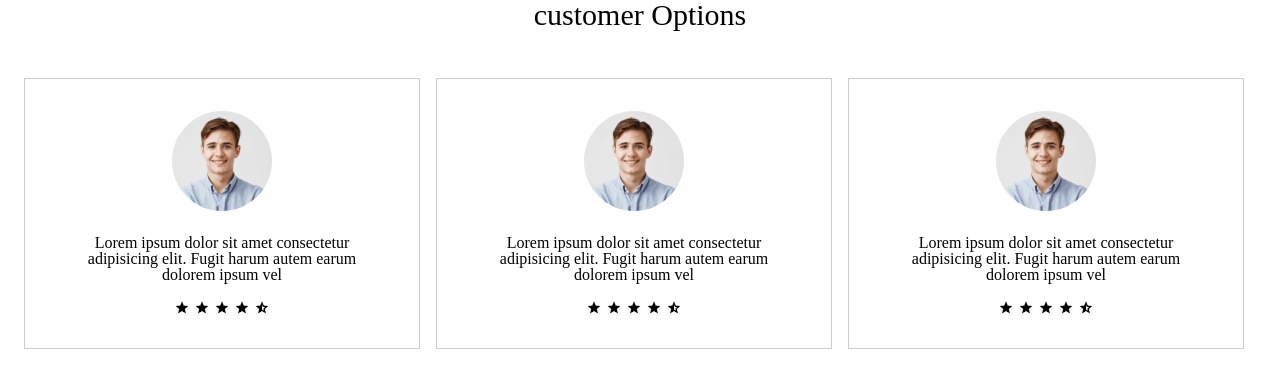
Repository: dinhhaidh/slider-3
Page: index.html
These files come from the project's save history. The page is drawn as it stood at one moment and after a run of saves; the edit follows.
The browser window is 1280 px wide. The pictures show the whole page.

Above is the page before, as saved 2024-03-22 20:49:15.

### index.html
<!DOCTYPE html>
<html lang="en">
<head>
    <meta charset="UTF-8">
    <meta name="viewport" content="width=device-width, initial-scale=1.0">
    <title>Document</title>
    <link rel="stylesheet" href="https://cdnjs.cloudflare.com/ajax/libs/remixicon/4.2.0/remixicon.min.css">

    <link rel="stylesheet" href="./css/swiper-bundle.min.css">

    <link rel="stylesheet" href="./css/style.css">

</head>
<body>
    <div class="customer">
        <h3 class="customer__title">customer Options</h3>
        <div class="customer__container container">
            <div class="customer__swiper swiper">
                <div class="swiper-wrapper">
                    <article class="customer__article swiper-slide">
                        <img src="./img1.png" alt="image" class="customer__img">

                        <p>
                            Lorem ipsum dolor sit amet consectetur adipisicing elit. Fugit harum autem earum dolorem ipsum vel
                        </p>

                        <div class="customer__star">
                            <i class="ri-star-s-fill"></i>
                            <i class="ri-star-s-fill"></i>
                            <i class="ri-star-s-fill"></i>
                            <i class="ri-star-s-fill"></i>
                            <i class="ri-star-half-s-line"></i>
                        </div>
                    </article>
                    <article class="customer__article swiper-slide">
                        <img src="./img1.png" alt="image" class="customer__img">

                        <p>
                            Lorem ipsum dolor sit amet consectetur adipisicing elit. Fugit harum autem earum dolorem ipsum vel
                        </p>

                        <div class="customer__star">
                            <i class="ri-star-s-fill"></i>
                            <i class="ri-star-s-fill"></i>
                            <i class="ri-star-s-fill"></i>
                            <i class="ri-star-s-fill"></i>
                            <i class="ri-star-half-s-line"></i>
                        </div>
                    </article>
                    <article class="customer__article swiper-slide">
                        <img src="./img1.png" alt="image" class="customer__img">

                        <p>
                            Lorem ipsum dolor sit amet consectetur adipisicing elit. Fugit harum autem earum dolorem ipsum vel
                        </p>

                        <div class="customer__star">
                            <i class="ri-star-s-fill"></i>
                            <i class="ri-star-s-fill"></i>
                            <i class="ri-star-s-fill"></i>
                            <i class="ri-star-s-fill"></i>
                            <i class="ri-star-half-s-line"></i>
                        </div>
                    </article>
                </div>
            </div>
        </div>
    </div>


    <script src="./js/swiper-bundle.min.js"></script>
    <script src="./js/app.js"></script>
</body>
</html>

### css/style.css
*,
*:before,
*:after {
  box-sizing: border-box;
}
* {
  margin: 0;
  padding: 0;
  font: inherit;
}
img,
picture,
svg,
video {
  display: block;
  max-width: 100%;
}
input,
select,
textarea {
  background-color: transparent;
  outline: none;
}
button {
  cursor: pointer;
  background-color: transparent;
  outline: none;
  border: 0;
}
body {
  min-height: 100vh;
  font-weight: 400;
  font-size: 16px;
  line-height: 1;
}


.container{
    max-width: 1220px;
    Margin-inline: 1.5rem;
}


.customer__title{
    text-align: center;
    margin-bottom: 3rem;
    font-size: 30px;
}

.customer__article{
    display:flex;
    align-items: center;
    justify-content: center;
    flex-direction: column;
    padding: 2rem 3rem 2rem;
    background-color: #fff;
    border: 1px solid #ccc;
}
.customer__img{
    width: 100px;
    border-radius: 50%;
    margin: 0 auto 1.5rem;
}
.customer__article p {
    margin-bottom: 1rem;
    text-align: center;
}
.customer__star{

}
.ri-star-s-fill{

}
.ri-star-half-s-line{

}

### js/app.js
let swiperCustomer = new Swiper('.customer__swiper', {
    loop: true,
    spaceBetween: 16,
    slidesPerView: 'auto',
    centeredSlides: 'auto',

    breakpoints: {
        1150: {
            slidesPerView: 3,
            centeredSlides: false,
        },
        768: {
            slidesPerView: 2,
            centeredSlides: false,
        },
    }
});

// ===============  SWIPER MOVIE ================//
let swiperMovie = new Swiper('.movie__swiper', {

});

Loaded but not shown: css/swiper-bundle.min.css (library); js/swiper-bundle.min.js (library)

After the next 7 saves:
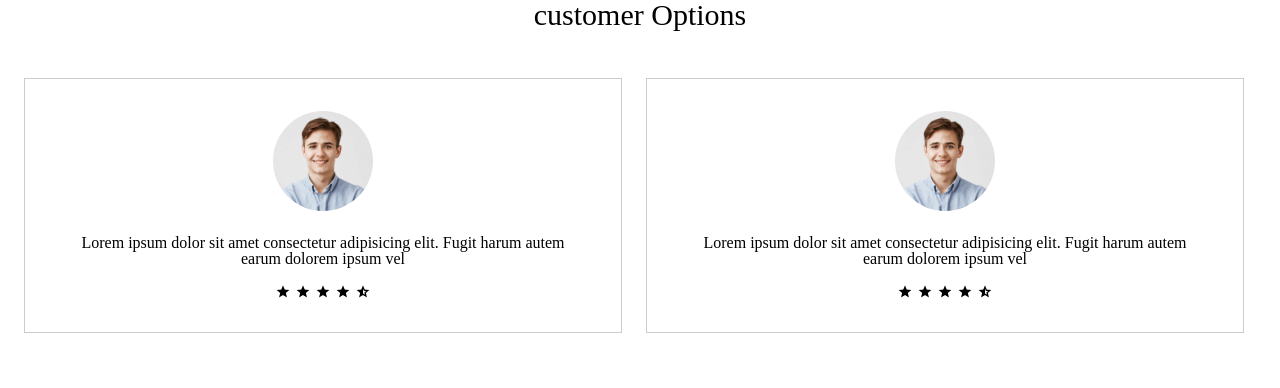
The 7 saves are shown as one change because they came seconds apart.
The last was saved 20 s later.
--- a/js/app.js
+++ b/js/app.js
@@ -1,22 +1,21 @@
 let swiperCustomer = new Swiper('.customer__swiper', {
     loop: true,
-    spaceBetween: 16,
-    slidesPerView: 'auto',
-    centeredSlides: 'auto',
+    grabCursor: true,
+    slidesPerView: 2,
+    spaceBetween: 24,
 
-    breakpoints: {
-        1150: {
-            slidesPerView: 3,
-            centeredSlides: false,
+    breakpoints:{
+        440:{
+            slidesPerView: 'auto'
         },
-        768: {
-            slidesPerView: 2,
-            centeredSlides: false,
+
+        768:{
+            slidesPerView: '2'
         },
+
+
+
     }
 });
 
 // ===============  SWIPER MOVIE ================//
-let swiperMovie = new Swiper('.movie__swiper', {
-
-});
